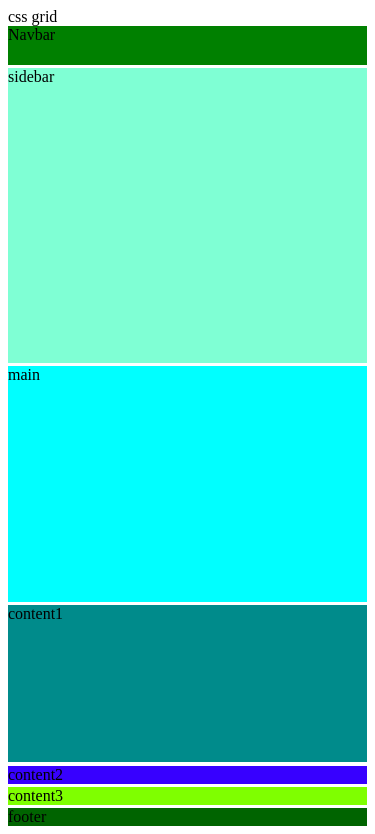
Repository: miraclesamson/cssgrid
Page: index.html
An editor plug-in stored every save of this project. The page is shown before and after the next save, followed by the edit.
The browser window is 375 px wide. The pictures show the whole page.

Above is the page before, as saved 2022-06-24 13:05:22.

### index.html
<!DOCTYPE html>
<html lang="en">

<head>
    <meta charset="UTF-8">
    <meta http-equiv="X-UA-Compatible" content="IE=edge">
    <meta name="viewport" content="width=device-width, initial-scale=1.0">
    <link rel="stylesheet" href="./style.css" <title>css grid</title>
</head>

<body>
    <div class="container">
        <nav>Navbar</nav>
        <main>main</main>
        <div id="sidebar">sidebar</div>
        <div id="content1">content1</div>
        <div id="content2">content2</div>
        <div id="content3">content3</div>
        <div id="footer">footer</div>

    </div>

</body>

</html>

### style.css
.container {
  display: grid;
  height: 100vh;
  grid-template-columns: 1fr 1fr 1fr 1fr;
  grid-template-rows: 0.2fr 1.5fr 1.2fr 0.8fr;
  grid-template-areas:
    "nav nav nav nav"
    "sidebar main main main"
    "sidebar content1 content2 content3"
    "sidebar footer footer footer";
  grid-gap: 0.2rem;
}
nav {
  background: green;
  grid-area: nav;
}
main {
  background: aqua;
  grid-area: main;
}
#sidebar {
  background: aquamarine;
  grid-area: sidebar;
}
#content1 {
  background: darkcyan;
  grid-area: content1;
}
#content2 {
  background: rgb(55, 0, 255);
  grid-area: content2;
}
#content3 {
  background: chartreuse;
  grid-area: content3;
}
#footer {
  background: darkgreen;
  grid-area: footer;
}
@media only screen and (max-width: 550px) {
  .container {
    grid-template-columns: 1fr;
    grid-template-rows: 0.4fr 0.4fr 2.2fr 1, 2fr 1.2fr 1.2fr 1fr;
    grid-template-areas:
      "nav"
      "sidebar"
      "main"
      "content1"
      "content2"
      "content3"
      "footer";
  }
}

After the next save:
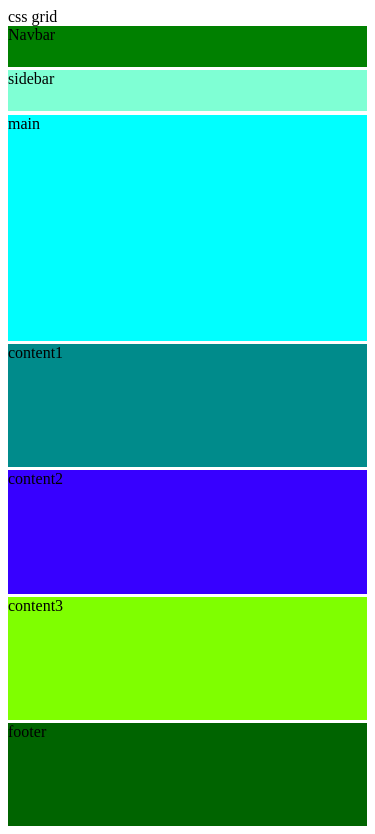
Saved 15 h 45 min later.
--- a/style.css
+++ b/style.css
@@ -41,7 +41,7 @@ main {
 @media only screen and (max-width: 550px) {
   .container {
     grid-template-columns: 1fr;
-    grid-template-rows: 0.4fr 0.4fr 2.2fr 1, 2fr 1.2fr 1.2fr 1fr;
+    grid-template-rows: 0.4fr 0.4fr 2.2fr 1.2fr 1.2fr 1.2fr 1fr;
     grid-template-areas:
       "nav"
       "sidebar"
